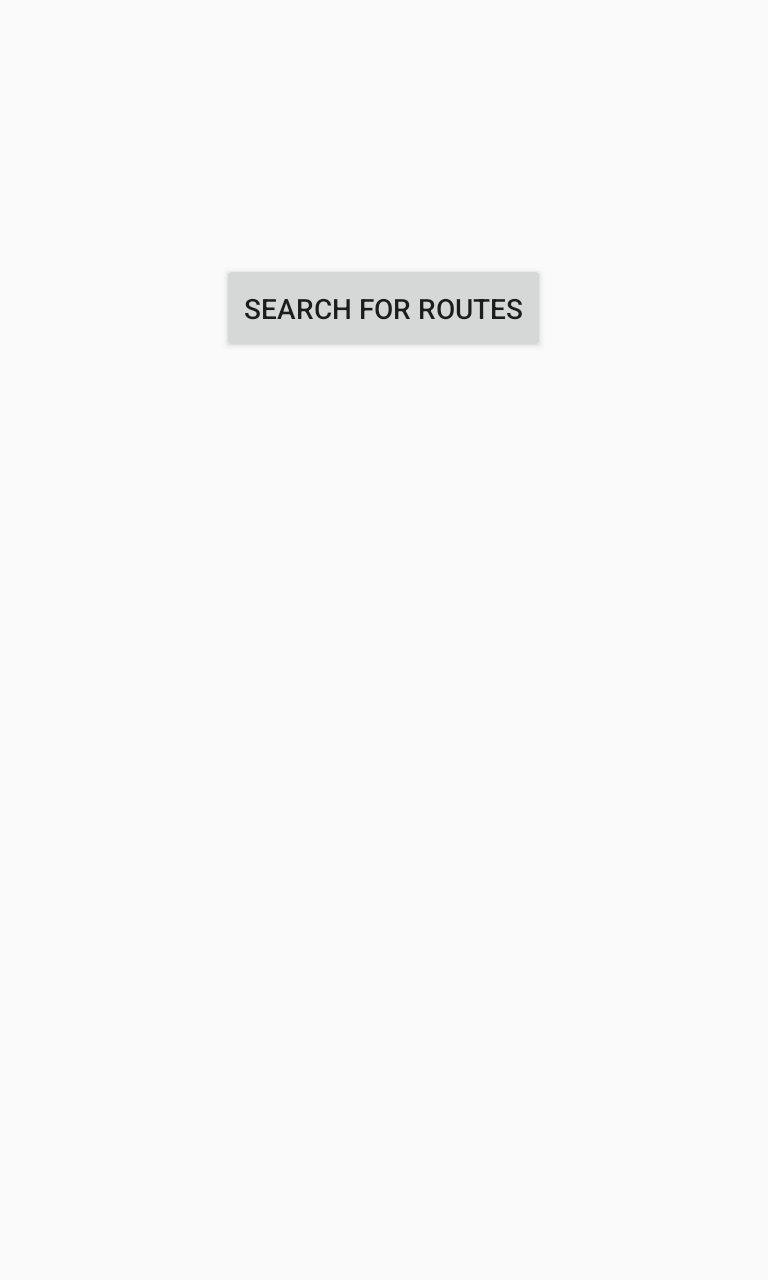
Repository: greener/BoulderBeta
Layout: BoulderBeta/res/layout/activity_main.xml
The author's editor kept a copy of each file at every save. The layout is drawn from the files as they stood at one save, then again after the next save.
It is drawn on a 768 x 1280 px phone screen (xhdpi) without system bars, with theme AppTheme; the app's code is not run.

Above is the layout before, as saved 2014-04-06 05:40:08.

### BoulderBeta/res/layout/activity_main.xml
<RelativeLayout xmlns:android="http://schemas.android.com/apk/res/android"
    xmlns:tools="http://schemas.android.com/tools"
    android:id="@+id/container"
    android:layout_width="match_parent"
    android:layout_height="match_parent"
    tools:context="edu.mit.appazoo.boulderbeta.MainActivity"
    tools:ignore="MergeRootFrame" >

    <Button
        android:id="@+id/button1"
        android:layout_width="wrap_content"
        android:layout_height="wrap_content"
        android:layout_centerHorizontal="true"
        android:layout_marginTop="130dp"
        android:text="@string/searchButtonText"
        android:onClick="openSearch" />

</RelativeLayout>

### BoulderBeta/res/values/strings.xml
<?xml version="1.0" encoding="utf-8"?>
<resources>

    <string name="app_name">BoulderBeta</string>
    <string name="hello_world">Hello world!</string>
    <string name="action_settings">Settings</string>
    <string name="searchButtonText">Search for Routes</string>
    <string name="routePlaceholderText">I\'m a route!</string>
    <string name="title_activity_routes_list">RoutesListActivity</string>

    <string name="difficulty_prompt">Choose a difficulty:</string>

    <string-array name="difficulty_arrays">
        <item>5.5</item>
        <item>5.6</item>
        <item>5.7</item>
        <item>5.8</item>
        <item>5.9</item>
        <item>5.10</item>
        <item>5.11</item>
        <item>5.12</item>
    </string-array>

     <string-array name="holds_arrays">
        <item>jugs</item>
        <item>incuts</item>
        <item>slopers</item>
        <item>pockets</item>
        <item>pinches</item>
        <item>crimps</item>
        <item>chips</item>
        <item>edges</item>
    </string-array>

</resources>

Loaded but not shown: BoulderBeta/res/values/styles.xml (common file); BoulderBeta/res/values-v11/styles.xml (common file); BoulderBeta/res/values-v14/styles.xml (common file)

After the next save:
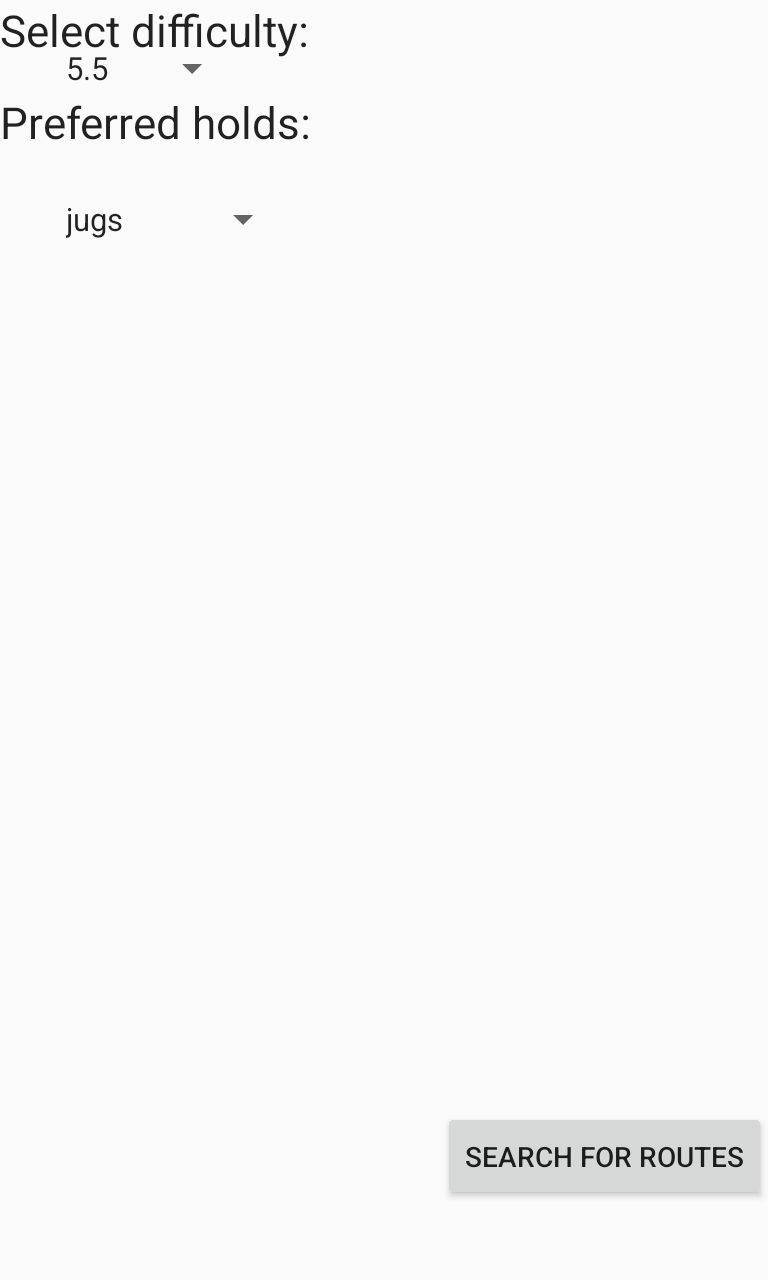
Saved 4 min 27 s later.
--- a/BoulderBeta/res/layout/activity_main.xml
+++ b/BoulderBeta/res/layout/activity_main.xml
@@ -6,13 +6,52 @@
     tools:context="edu.mit.appazoo.boulderbeta.MainActivity"
     tools:ignore="MergeRootFrame" >
 
+    <Spinner
+        android:id="@+id/spinner1"
+        android:layout_width="wrap_content"
+        android:layout_height="wrap_content"
+        android:layout_alignParentLeft="true"
+        android:layout_alignParentTop="true"
+        android:layout_marginLeft="25dp"
+        android:layout_marginTop="22dp"
+        android:entries="@array/difficulty_arrays"
+        android:prompt="@string/difficulty_prompt"/>
+
+    <TextView
+        android:id="@+id/textView1"
+        android:layout_width="wrap_content"
+        android:layout_height="wrap_content"
+        android:layout_alignParentLeft="true"
+        android:layout_alignParentTop="true"
+        android:text="Select difficulty:"
+        android:textAppearance="?android:attr/textAppearanceLarge" />
+
     <Button
         android:id="@+id/button1"
         android:layout_width="wrap_content"
         android:layout_height="wrap_content"
-        android:layout_centerHorizontal="true"
-        android:layout_marginTop="130dp"
-        android:text="@string/searchButtonText"
-        android:onClick="openSearch" />
+        android:layout_alignParentBottom="true"
+        android:layout_alignParentRight="true"
+        android:layout_marginBottom="38dp"
+        android:onClick="openSearch"
+        android:text="@string/searchButtonText" />
 
-</RelativeLayout>
+    <TextView
+        android:id="@+id/textView2"
+        android:layout_width="wrap_content"
+        android:layout_height="wrap_content"
+        android:layout_alignParentLeft="true"
+        android:layout_below="@+id/spinner1"
+        android:text="Preferred holds:"
+        android:textAppearance="?android:attr/textAppearanceLarge" />
+
+    <Spinner
+        android:id="@+id/spinner2"
+        android:layout_width="wrap_content"
+        android:layout_height="wrap_content"
+        android:layout_alignLeft="@+id/spinner1"
+        android:layout_below="@+id/textView2"
+        android:layout_marginTop="22dp"
+        android:entries="@array/holds_arrays" />
+
+    </RelativeLayout>
